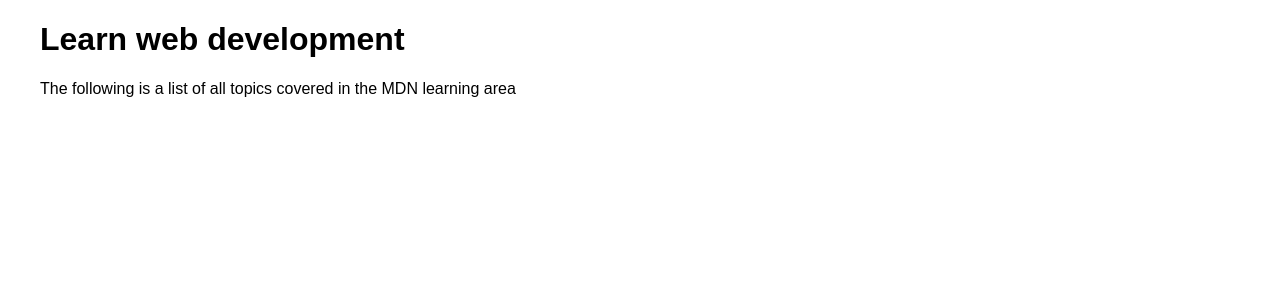
Repository: sriram1224/ReactProjects.github.io
Page: Assignments/Assignment2/index.html
These files come from the project's save history. The page is drawn as it stood at one moment and after the next save; the edit follows.
The browser window is 1280 px wide. The pictures show the whole page.

Above is the page before, as saved 2024-03-01 10:43:16.

### Assignments/Assignment2/index.html
<!DOCTYPE html>
<html>
<head>
  <script src="https://unpkg.com/react@18/umd/react.development.js"></script>
  <script src="https://unpkg.com/react-dom@18/umd/react-dom.development.js"></script>
  <style>
    body{
      margin-left: 40px;
      font-family: Arial, sans-serif;

    }
    #para{
      margin-bottom: 40px;
      list-style: none;
    }


  </style>
</head>

<body>

  <div id="root"></div>

  <script>

    const TopicHeader = () =>
    React.createElement(
      'div',
      null,
      [
      React.createElement(
        'h1',
        {id: 'title'},
        'Learn web development'
      ),
      React.createElement(
      'p',
      {id: 'para'},
      'The following is a list of all topics covered in the MDN learning area'),

      ]);




    ReactDOM.render(
      React.createElement(
        'div',
        null,
        [
          React.createElement(TopicHeader),
        ]
      ),
      document.getElementById('root')
    );

  </script>

</body>
</html>

After the next save:
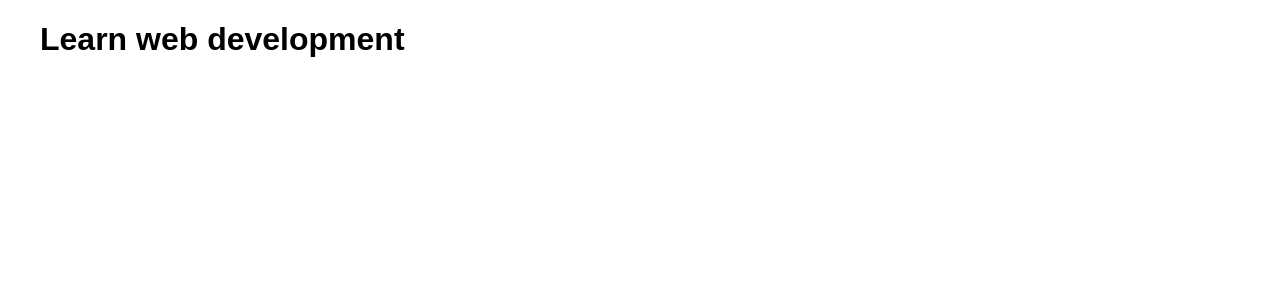
Saved 23 s later.
--- a/Assignments/Assignment2/index.html
+++ b/Assignments/Assignment2/index.html
@@ -37,7 +37,7 @@
       React.createElement(
       'p',
       {id: 'para'},
-      'The following is a list of all topics covered in the MDN learning area'),
+      ''),
 
       ]);
 
